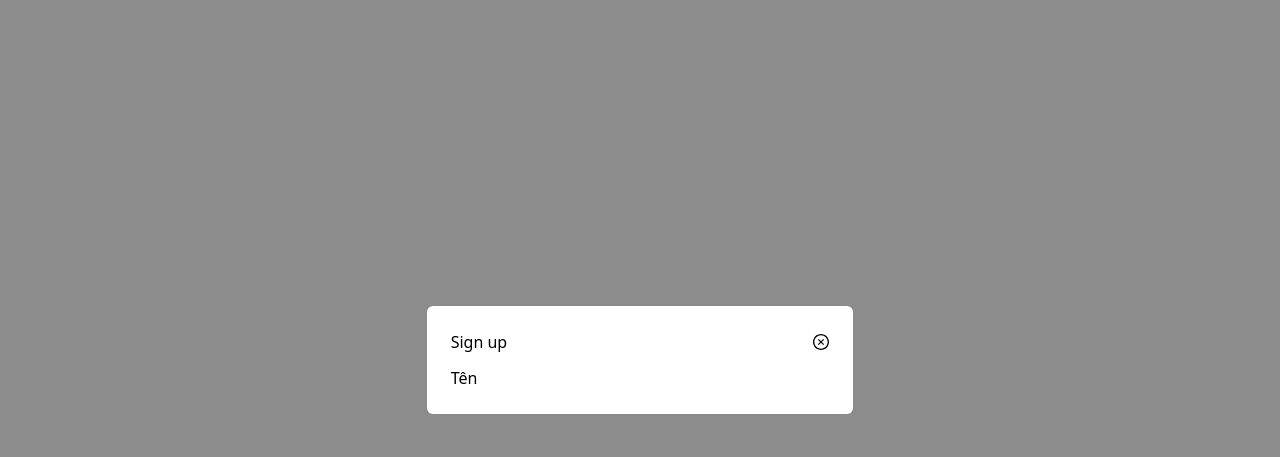
Repository: TinhTT336/MD02_Session14
Page: / (app in client/)
The author's editor kept a copy of each file at every save. The page is drawn from the files as they stood at one save, then again after the next save.
The browser window is 1280 px wide. The pictures show the whole page.
The project was rebuilt for these pictures with package versions that can differ from the ones it lists, and the page was loaded fresh each time. Also part of the build but not shown: client/vite.config.js, client/src/firebase/configFirebase.js, client/src/components/UploadSingleFile.jsx, client/src/components/register/register.css, client/src/components/register/Register.jsx, client/src/components/register/RegisterWithImg.jsx.

Above is the page before, as saved 2023-09-14 14:08:56.

### client/index.html
<!DOCTYPE html>
<html lang="en">
  <head>
    <meta charset="UTF-8" />
    <link rel="icon" type="image/svg+xml" href="/vite.svg" />
    <meta name="viewport" content="width=device-width, initial-scale=1.0" />
    <title>Vite + React</title>
    <!-- <link
      href="https://cdn.jsdelivr.net/npm/bootstrap@5.0.2/dist/css/bootstrap.min.css"
      rel="stylesheet"
      integrity="sha384-EVSTQN3/azprG1Anm3QDgpJLIm9Nao0Yz1ztcQTwFspd3yD65VohhpuuCOmLASjC"
      crossorigin="anonymous"
    />
    <link
      rel="stylesheet"
      href="https://cdnjs.cloudflare.com/ajax/libs/font-awesome/6.4.2/css/all.min.css"
      integrity="sha512-z3gLpd7yknf1YoNbCzqRKc4qyor8gaKU1qmn+CShxbuBusANI9QpRohGBreCFkKxLhei6S9CQXFEbbKuqLg0DA=="
      crossorigin="anonymous"
      referrerpolicy="no-referrer"
    /> -->
  </head>
  <body>
    <div id="root"></div>
    <script type="module" src="/src/main.jsx"></script>
  </body>
</html>

### client/src/App.jsx

import './App.css'
import UploadSingleFile from './components/UploadSingleFile'
import Register from './components/register/Register'
import RegisterWithImg from './components/register/RegisterWithImg'
import Signup from './components/signup/Signup'

function App() {

  return (
    <>
      {/* <UploadSingleFile /> */}
      {/* <Register /> */}
      {/* <RegisterWithImg /> */}
      <Signup />
    </>
  )
}

export default App

### client/src/components/signup/Signup.jsx
import React from 'react';
import { CloseCircleOutlined } from "@ant-design/icons"

export default function Signup() {
    return (
        <>
            <div className='fixed top-0 left-0 right-0 bottom-0 flex items-center justify-center bg-rgba-black'>
                <form className='bg-white p-6 rounded-md w-2/6'>
                    <div className='flex items-center justify-between'>
                        <h3>Sign up</h3>
                        <CloseCircleOutlined className='cursor-pointer hover:bg-slate-300 rounded-full' />
                    </div>
                    <div className='mt-3'>
                        <label htmlFor="name">Tên</label>
                        <input type="text" name="" id="" />
                    </div>
                </form>
            </div>

        </>
    )
}

### client/tailwind.config.js
/** @type {import('tailwindcss').Config} */
export default {
  content: ["./index.html", "./src/**/*.{js,ts,jsx,tsx}"],
  theme: {
    extend: {
      backgroundColor: {
        "rgba-black": "rgba(0,0,0,0.45)",
      },
    },
  },
  plugins: [],
};

Loaded but not shown: client/src/main.jsx (common file); client/src/index.css (common file); client/src/App.css (common file)

After the next save:
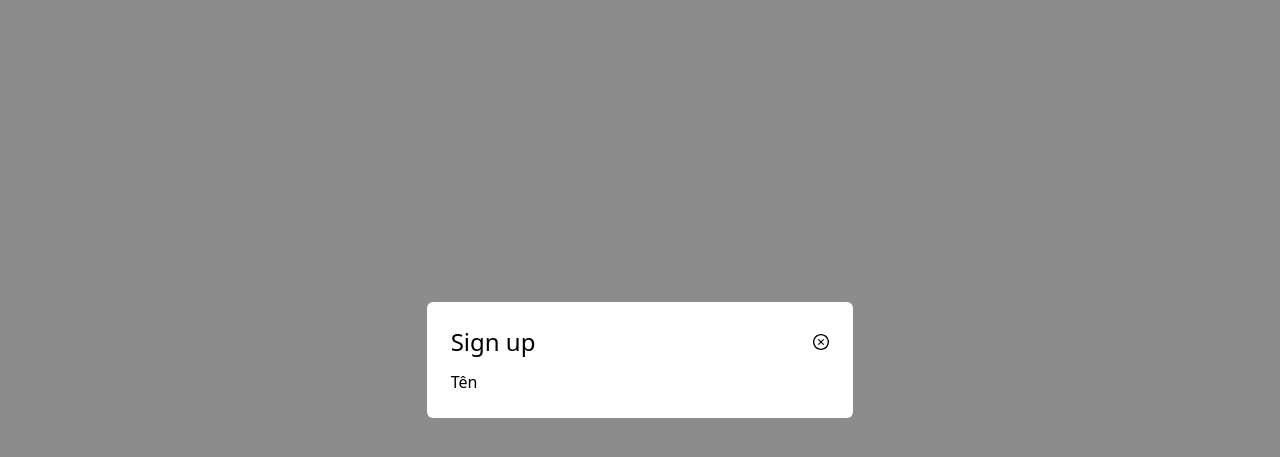
Saved 97 s later.
--- a/client/src/components/signup/Signup.jsx
+++ b/client/src/components/signup/Signup.jsx
@@ -7,7 +7,7 @@ export default function Signup() {
             <div className='fixed top-0 left-0 right-0 bottom-0 flex items-center justify-center bg-rgba-black'>
                 <form className='bg-white p-6 rounded-md w-2/6'>
                     <div className='flex items-center justify-between'>
-                        <h3>Sign up</h3>
+                        <h3 className='text-2xl'>Sign up</h3>
                         <CloseCircleOutlined className='cursor-pointer hover:bg-slate-300 rounded-full' />
                     </div>
                     <div className='mt-3'>
